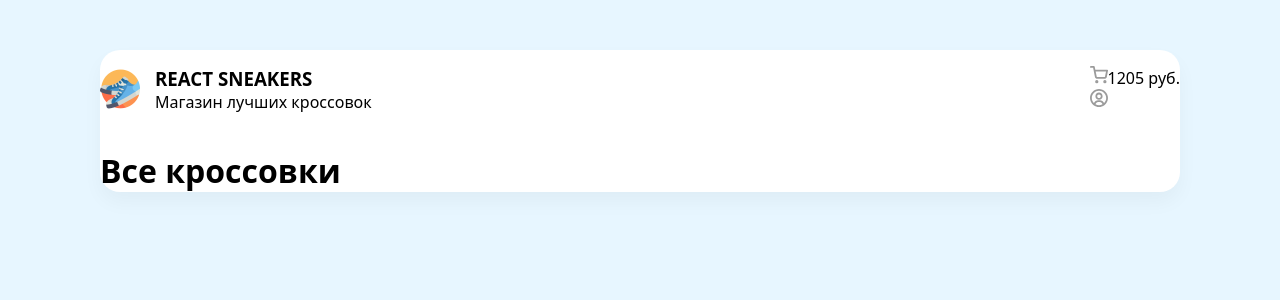
Repository: VaheHarutyunyan/react-sneakers
Page: /
The author's editor kept a copy of each file at every save. The page is drawn from the files as they stood at one save, then again after a run of saves.
The browser window is 1280 px wide. The pictures show the whole page.
The project was rebuilt for these pictures with package versions that can differ from the ones it lists, and the page was loaded fresh each time.

Above is the page before, as saved 2021-07-22 12:53:54.

After the next 3 saves:
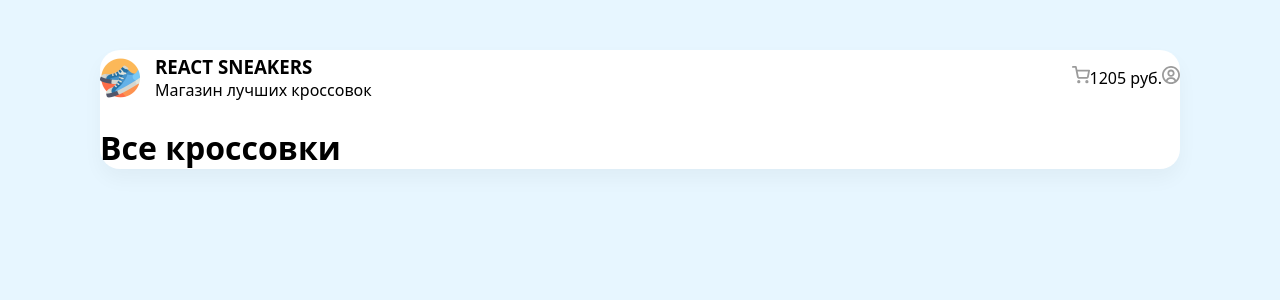
The 3 saves are shown as one change because 2 did not build or start.
The last was saved 100 s later.
--- a/src/index.scss
+++ b/src/index.scss
@@ -33,6 +33,6 @@
     }
   }
   .headerRight{
-
+    display: flex;
   }
 }
--- a/src/App.js
+++ b/src/App.js
@@ -11,7 +11,7 @@
           </div>
         </div>
         <ul className="headerRight">
-          <li>
+          <li className="chart">
             <img src="/img/cart.svg" width={18} height={18} alt="" />
             <span>1205 руб.</span>
           </li>
